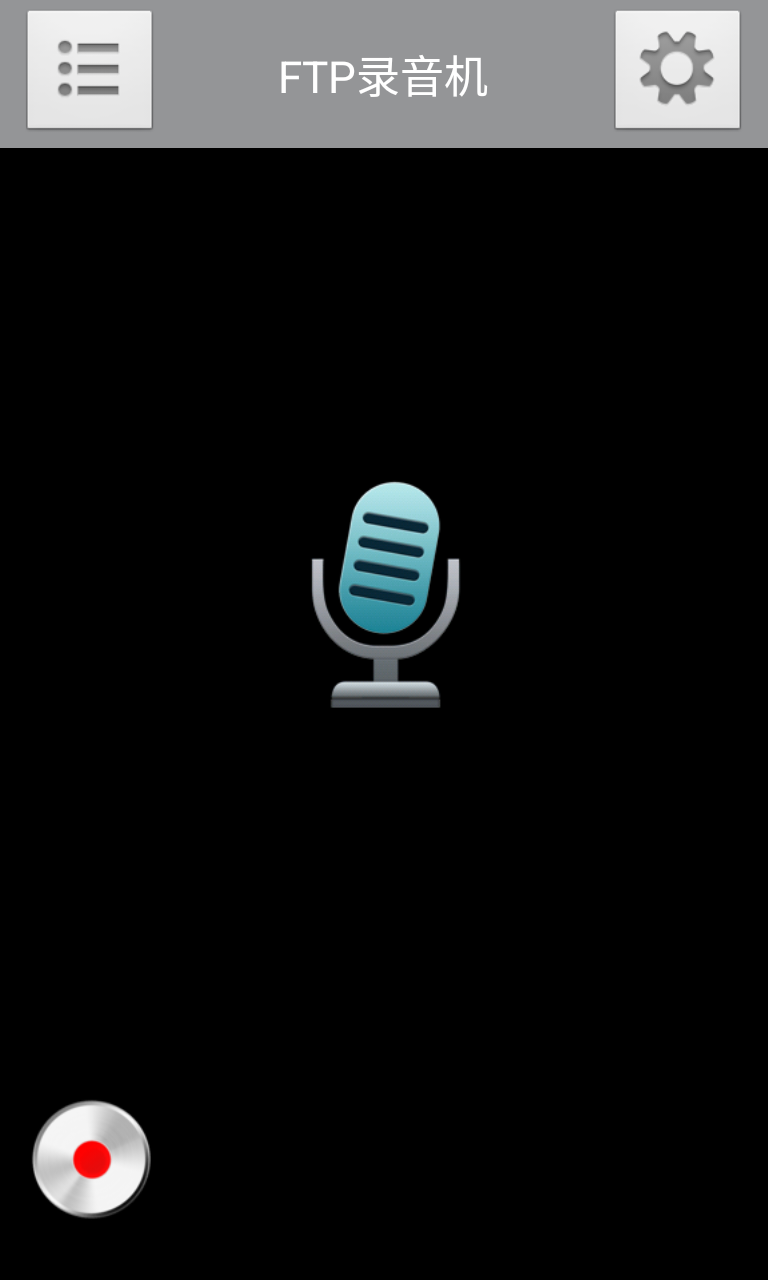
Repository: stone-jin/WAVRecoder
Layout: WAVRecoder2/res/layout/main.xml
The author's editor kept a copy of each file at every save. The layout is drawn from the files as they stood at one save, then again after the next save.
It is drawn on a 768 x 1280 px phone screen (xhdpi) without system bars, with theme Anim_style2; the app's code is not run.

Above is the layout before, as saved 2014-05-06 19:05:52.

### WAVRecoder2/res/layout/main.xml
<?xml version="1.0" encoding="utf-8"?>
<LinearLayout xmlns:android="http://schemas.android.com/apk/res/android"
    android:layout_width="match_parent"
    android:layout_height="match_parent"
    android:orientation="vertical" >

    <include layout="@layout/main_title"/>

    <RelativeLayout
        android:layout_width="fill_parent"
        android:layout_height="fill_parent"
        android:layout_weight="1"
        android:gravity="center"
        >

	    <ImageView
	        android:layout_width="wrap_content"
	        android:layout_height="wrap_content"
	        android:background="@drawable/icon"
	        />

    </RelativeLayout>

    <LinearLayout
        android:layout_width="fill_parent"
        android:layout_height="120dp"
        android:orientation="horizontal"
        >

        <Button
            android:layout_width="wrap_content"
            android:layout_height="wrap_content"
            android:background="@drawable/btn_rekam_normal"
            android:layout_marginLeft="10dp"
            android:layout_gravity="center_vertical"
            />

    </LinearLayout>


</LinearLayout>

### WAVRecoder2/res/values/styles.xml
<resources>

    <!--
        Base application theme, dependent on API level. This theme is replaced
        by AppBaseTheme from res/values-vXX/styles.xml on newer devices.
    -->
    <style name="AppBaseTheme" parent="android:Theme.Light">
        <!--
            Theme customizations available in newer API levels can go in
            res/values-vXX/styles.xml, while customizations related to
            backward-compatibility can go here.
        -->
    </style>

    <!-- Application theme. -->
    <style name="AppTheme" parent="AppBaseTheme">
        <!-- All customizations that are NOT specific to a particular API-level can go here. -->
    </style>

    <!-- ####################以上内容全部来自搬运 ############################################ -->

    <style name="AnimFade" parent="@android:style/Animation.Activity">
    	<item name="android:activityOpenEnterAnimation">@anim/fade_in</item>
    	<item name="android:activityOpenExitAnimation">@anim/hold</item>
    	<item name="android:activityCloseEnterAnimation">@anim/fade_in</item>
    	<item name="android:activityCloseExitAnimation">@anim/fade_out</item>
	</style>
	<style name="AnimBottom" parent="@android:style/Animation">
    	<item name="android:windowEnterAnimation">@anim/push_bottom_in</item>
        <item name="android:windowExitAnimation">@anim/push_bottom_out</item>
	</style>
	<style name="AnimTop" parent="@android:style/Animation">
    	<item name="android:windowEnterAnimation">@anim/push_top_in</item>
        <item name="android:windowExitAnimation">@anim/push_top_out</item>
	</style>
	<style name="AnimTop2" parent="@android:style/Animation">
    	<item name="android:windowEnterAnimation">@anim/push_top_in2</item>
        <item name="android:windowExitAnimation">@anim/push_top_out2</item>
	</style>
	<style name="AnimHead" parent="@android:style/Animation">
    	<item name="android:windowEnterAnimation">@anim/head_in</item>
        <item name="android:windowExitAnimation">@anim/head_out</item>
	</style>

   	<style name="Anim_style" parent="android:Theme.NoTitleBar.Fullscreen">
        <item name="android:windowAnimationStyle">@style/AnimFade</item>
	</style>

	<style name="Anim_style2" parent="android:Theme.NoTitleBar">  <!-- 表示没有titlebar这个框 -->
        <item name="android:windowAnimationStyle">@style/AnimFade</item>     <!-- 定义其中打开或者保持或者关闭的时候的效果 -->
	</style>

	<style name="Anim_style_title" parent="android:Theme">
        <item name="android:windowAnimationStyle">@style/AnimFade</item>
        <item name="android:windowTitleSize">50dp</item>
        <item name="android:windowTitleBackgroundStyle">@style/CustomWindowTitleBackground</item>
	</style>

	<style name="CustomWindowTitleBackground">
       <item name="android:background">@drawable/title_bar</item>
	</style>

	<style name="MyDialogStyle">
        <item name="android:windowBackground">@android:color/transparent</item>
        <item name="android:windowFrame">@null</item>
        <item name="android:windowNoTitle">true</item>
        <item name="android:windowIsFloating">true</item>
        <item name="android:windowIsTranslucent">true</item>
        <item name="android:windowContentOverlay">@null</item>
        <item name="android:windowAnimationStyle">@android:style/Animation.Dialog</item>
        <item name="android:backgroundDimEnabled">true</item>
    </style>

    <style name="MyDialogStyleBottom" parent="android:Theme.Dialog" >
        <item name="android:windowAnimationStyle">@style/AnimBottom</item>
        <item name="android:windowFrame">@null</item><!--边框-->
        <item name="android:windowIsFloating">true</item><!--是否浮现在activity之上-->
        <item name="android:windowIsTranslucent">true</item><!--半透明-->
        <item name="android:windowNoTitle">true</item><!--无标题-->
        <item name="android:windowBackground">@android:color/transparent</item><!--背景透明-->
        <item name="android:backgroundDimEnabled">true</item><!--模糊-->
     </style>

     <style name="MyDialogStyleTop" parent="android:Theme.Dialog" >
        <item name="android:windowAnimationStyle">@style/AnimTop2</item>
        <item name="android:windowFrame">@null</item><!--边框-->
        <item name="android:windowIsFloating">true</item><!--是否浮现在activity之上-->
        <item name="android:windowIsTranslucent">true</item><!--半透明-->
        <item name="android:windowNoTitle">true</item><!--无标题-->
        <item name="android:windowBackground">@android:color/transparent</item><!--背景透明-->
        <item name="android:backgroundDimEnabled">false</item><!--模糊-->
     </style>

    <style name="HeadScale" parent="android:Theme.Dialog" >
        <item name="android:windowAnimationStyle">@style/AnimHead</item>
        <item name="android:windowFrame">@null</item><!--边框-->
        <item name="android:windowIsFloating">true</item><!--是否浮现在activity之上-->
        <item name="android:windowIsTranslucent">true</item><!--半透明-->
        <item name="android:windowNoTitle">true</item><!--无标题-->
        <item name="android:windowBackground">@android:color/black</item>
        <item name="android:backgroundDimEnabled">false</item><!--模糊-->
     </style>

    <style name="MyProgressBar" parent="android:Widget.ProgressBar">
        <item name="android:indeterminateDrawable">@drawable/loading</item>
	</style>

</resources>

### WAVRecoder2/res/layout/main_title.xml
<?xml version="1.0" encoding="utf-8"?>
<RelativeLayout xmlns:android="http://schemas.android.com/apk/res/android"
    android:layout_width="fill_parent"
    android:layout_height="wrap_content"
    android:background="#949597"
    android:paddingTop="4dp"
    android:paddingBottom="4dp"
    >

    <ImageButton
        android:layout_width="wrap_content"
        android:layout_height="wrap_content"
        android:src="@drawable/ic_menu_list"
        android:layout_alignParentLeft="true"
        android:layout_centerVertical="true"
        android:layout_marginLeft="10dp"
        />

    <TextView
        android:layout_width="wrap_content"
        android:layout_height="wrap_content"
        android:text="FTP录音机"
        android:textColor="#ffffff"
        android:textSize="22sp"
        android:layout_centerInParent="true"
        />

    <ImageButton
        android:layout_width="wrap_content"
        android:layout_height="wrap_content"
        android:src="@drawable/ic_menu_pengaturan"
        android:layout_alignParentRight="true"
        android:layout_centerVertical="true"
        android:layout_marginRight="10dp"
        />


</RelativeLayout>

After the next save:
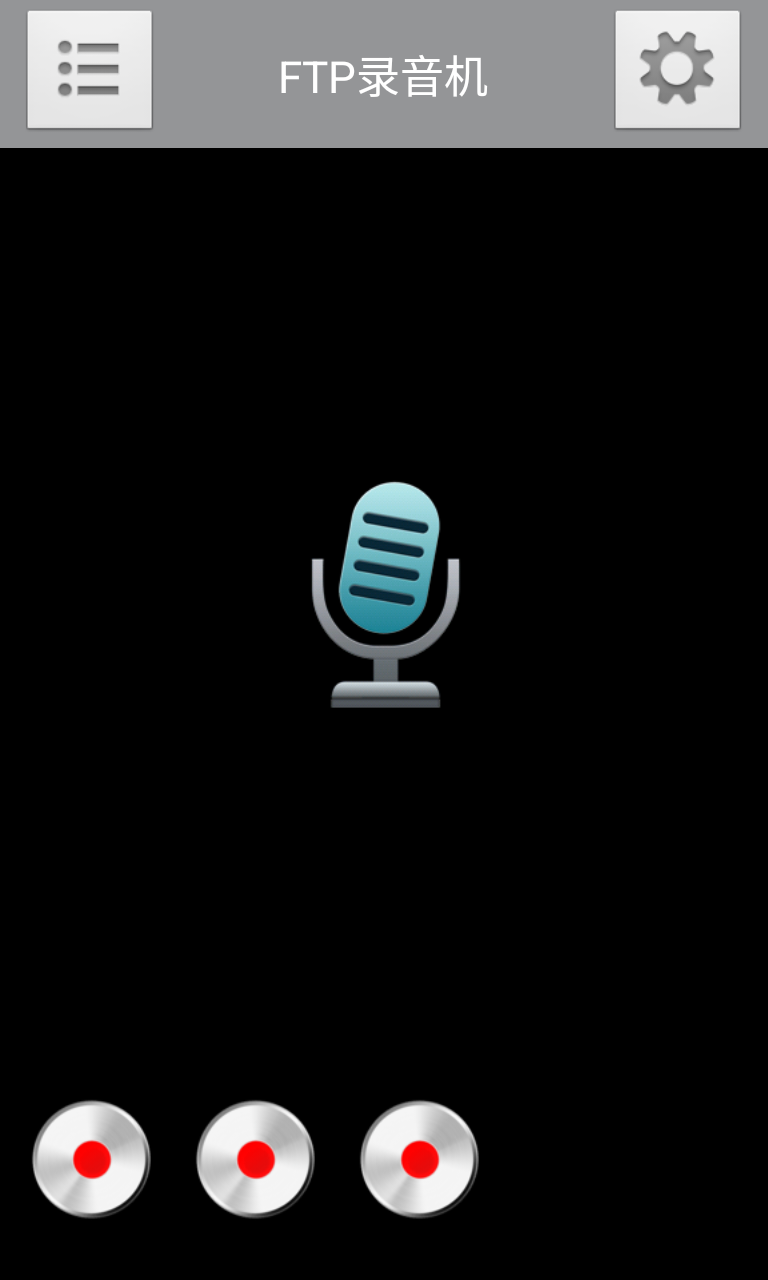
Saved 11 s later.
--- a/WAVRecoder2/res/layout/main.xml
+++ b/WAVRecoder2/res/layout/main.xml
@@ -35,6 +35,22 @@
             android:layout_gravity="center_vertical"
             />
 
+        <Button
+            android:layout_width="wrap_content"
+            android:layout_height="wrap_content"
+            android:background="@drawable/btn_rekam_normal"
+            android:layout_marginLeft="10dp"
+            android:layout_gravity="center_vertical"
+            />
+
+        <Button
+            android:layout_width="wrap_content"
+            android:layout_height="wrap_content"
+            android:background="@drawable/btn_rekam_normal"
+            android:layout_marginLeft="10dp"
+            android:layout_gravity="center_vertical"
+            />
+
     </LinearLayout>
 
 
